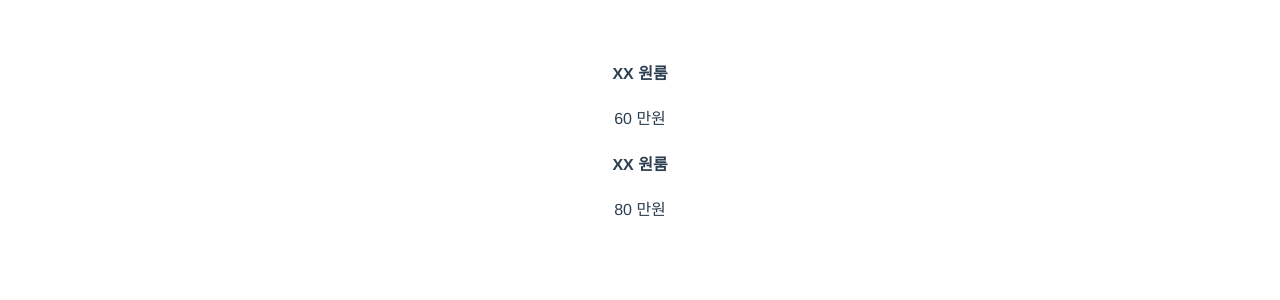
Repository: jy0813/Function
Page: / (app in function/)
An editor plug-in stored every save of this project. The page is shown before and after the next save, followed by the edit.
The browser window is 1280 px wide. The pictures show the whole page.
The project was rebuilt for these pictures with package versions that can differ from the ones it lists, and the page was loaded fresh each time.

Above is the page before, as saved 2022-02-07 13:24:10.

### function/src/App.vue
<template>
<div>
  <h4>XX 원룸</h4>
  <p>{{price1}} 만원</p>
</div>
<div>
  <h4>XX 원룸</h4>
  <p>{{price2}} 만원</p>
</div>
</template>

<script>


export default {
  name: 'App',
  data() {
    return {
      price1: 60,
      price2: 80,
    }
  }
}
</script>

<style>
#app {
  font-family: Avenir, Helvetica, Arial, sans-serif;
  -webkit-font-smoothing: antialiased;
  -moz-osx-font-smoothing: grayscale;
  text-align: center;
  color: #2c3e50;
  margin-top: 60px;
}
</style>

Loaded but not shown: function/public/index.html (common file); function/src/main.js (common file)

After the next save:
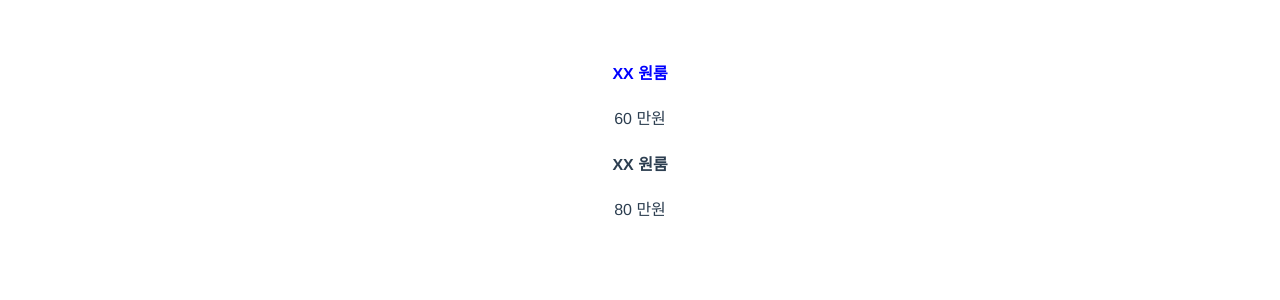
Saved 10 min 32 s later.
--- a/function/src/App.vue
+++ b/function/src/App.vue
@@ -1,6 +1,6 @@
 <template>
 <div>
-  <h4>XX 원룸</h4>
+  <h4 :style="style">XX 원룸</h4>
   <p>{{price1}} 만원</p>
 </div>
 <div>
@@ -18,6 +18,7 @@ export default {
     return {
       price1: 60,
       price2: 80,
+      style : 'color : blue',
     }
   }
 }
